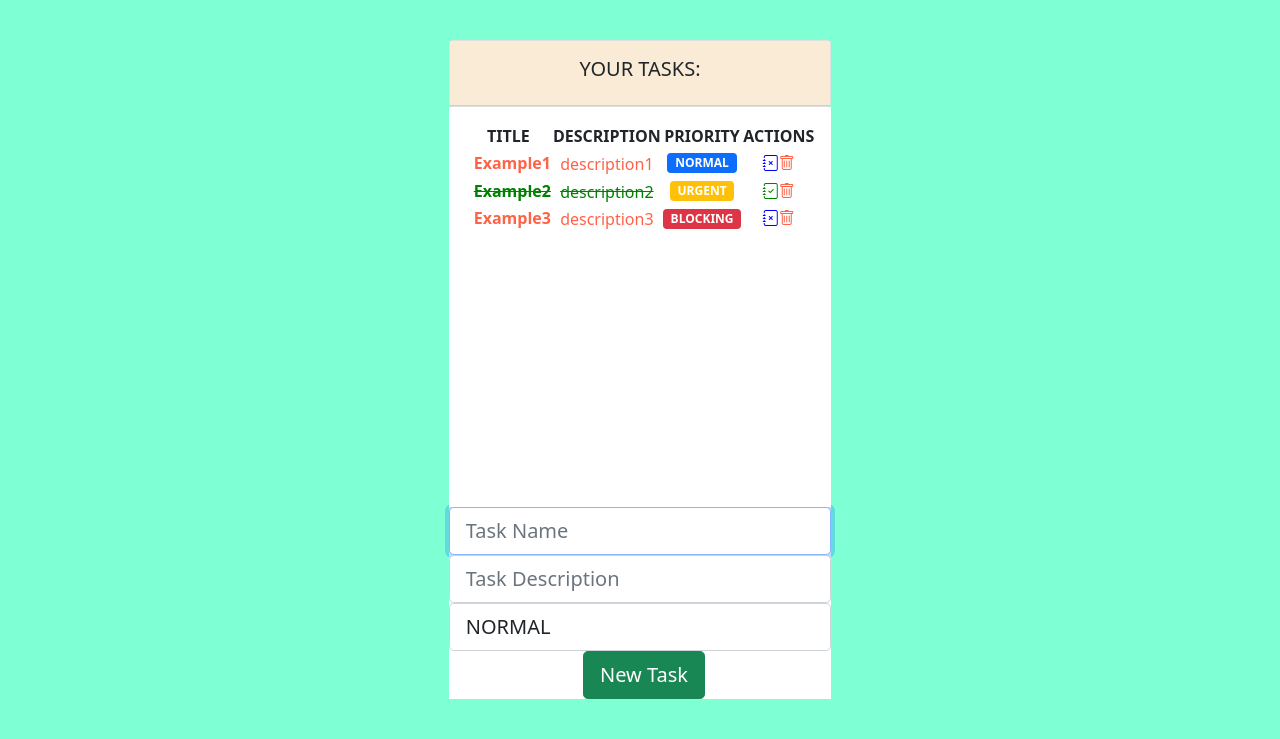
Repository: abgdev1997/proyecto-evo
Page: /
These files come from the project's save history. The page is drawn as it stood at one moment and after a run of saves; the edit follows.
The browser window is 1280 px wide. The pictures show the whole page.
The project was rebuilt for these pictures with package versions that can differ from the ones it lists, and the page was loaded fresh each time.

Above is the page before, as saved 2022-02-16 11:30:16.

After the next 2 saves:
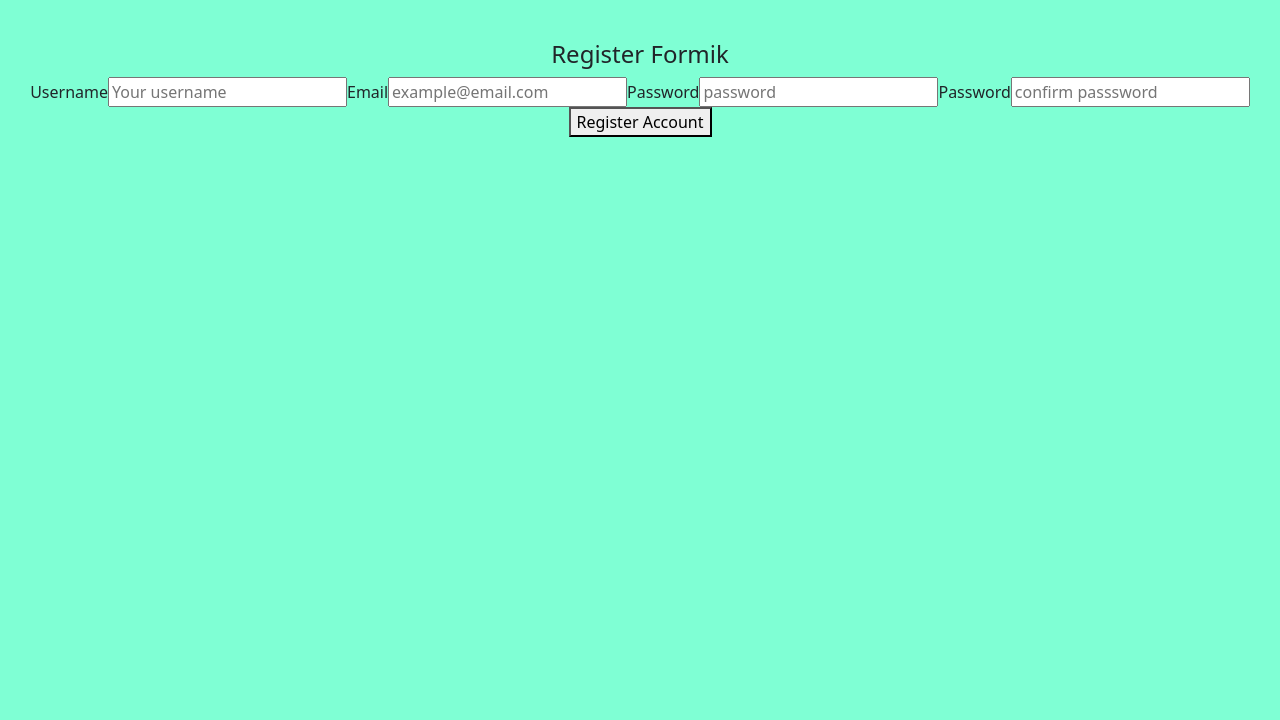
The 2 saves are shown as one change because 1 did not build or start.
The last was saved 75 s later.
--- a/src/App.js
+++ b/src/App.js
@@ -6,7 +6,7 @@
   return (
     <div className="App">
         {/* Componente de listado de tareas */}
-        <TaskList></TaskList>
+        <RegisterForm></RegisterForm>
     </div>
   );
 }
--- a/src/components/pure/forms/registerForm.jsx
+++ b/src/components/pure/forms/registerForm.jsx
@@ -9,22 +9,25 @@
     let user = new User();
 
     const initialValues = {
-        userName: '',
+        username: '',
         email: '',
         password: '',
-        confirm: '',
-        role: ROLES.USER,
+        confirm: '', // to confirm password
+        role: ROLES.USER
     }
 
-    const registerSchema = Yup.object.shape(
+    const registerSchema = Yup.object().shape(
         {
-            userName: Yup.string()
-                .min(6, 'UserName too short')
-                .max(12, 'UserName too long')
-                .required('UserName is required'),
+            username: Yup.string()
+                .min(6, 'Username too short')
+                .max(12, 'Username too long')
+                .required('Username is required'),
             email: Yup.string()
                 .email('Invalid email format')
                 .required('Email is required'),
+            role: Yup.string()
+                .oneOf([ROLES.USER, ROLES.ADMIN], 'You must select a Role: User / Admin')
+                .required('Role is required'),
             password: Yup.string()
                 .min(8, 'Password too short')
                 .required('Password is required'),
@@ -33,50 +36,52 @@
                     is: value => (value && value.length > 0 ? true : false),
                     then: Yup.string().oneOf(
                         [Yup.ref("password")],
-                        '¡Password must match!'
+                        '¡Passwords must match!'
                     )
-                }).required('You must confirm the password'),
-            role: Yup.string()
-                .oneOf([ROLES.USER, ROLES.ADMIN], 'You must select a Role: User / Admin')
+                }).required('You must confirm the password')
         }
     )
 
     const submit = (values) => {
-        alert('Register User');
+        alert('Register user')
     }
 
     return (
         <div>
-            <h4>Register Form</h4>
+            <h4>Register Formik</h4>
             <Formik
-                initialValues={initialValues}
-                validationSchema={registerSchema}
+                initialValues = {initialValues}
+                // *** Yup Validation Schema ***
+                validationSchema = {registerSchema}
+                // ** onSubmit Event
                 onSubmit={async (values) => {
                     await new Promise((r) => setTimeout(r, 1000));
-                    alert(JSON.stringify(values, null, 2));
+                    alert(JSON.stringify(values, null, 2))
                 }}
             >
 
-                    {({ values,
+            {({ values,
                     touched,
                     errors,
                     isSubmitting,
                     handleChange,
                     handleBlur }) => (
                         <Form>
-                            <label htmlFor="userName">UserName</label>
-                            <Field id="userName" type="text" name="userName" placeholder="Insert your new UserName" />
+                            <label htmlFor="username">Username</label>
+                            <Field id="username" type="text" name="username" placeholder="Your username" />
 
+                            {/* Username Errors */}
                             {
-                                errors.userName && touched.userName &&
+                                errors.username && touched.username &&
                                 (
-                                    <ErrorMessage name="userName" component='div'></ErrorMessage>
+                                    <ErrorMessage name="username" component='div'></ErrorMessage>
                                 )
                             }
 
                             <label htmlFor="email">Email</label>
-                            <Field id="email" type="email" name="email" placeholder="Insert your Email" />
+                            <Field id="email" type="email" name="email" placeholder="example@email.com" />
 
+                            {/* Email Errors */}
                             {
                                 errors.email && touched.email &&
                                 (
@@ -88,9 +93,10 @@
                             <Field
                                 id="password"
                                 name="password"
-                                placeholder="Password"
+                                placeholder="password"
                                 type='password'
                             />
+                            {/* Password Errors */}
                             {
                                 errors.password && touched.password &&
                                 (
@@ -98,13 +104,14 @@
                                 )
                             }
 
-                            <label htmlFor="confirm">Confirm Password</label>
+                            <label htmlFor="confirm">Password</label>
                             <Field
                                 id="confirm"
                                 name="confirm"
-                                placeholder="Confirm password"
+                                placeholder="confirm passsword"
                                 type='password'
                             />
+                            {/* Confirm Password Errors */}
                             {
                                 errors.confirm && touched.confirm &&
                                 (
@@ -112,10 +119,13 @@
                                 )
                             }
 
-                            <button type="submit">Register</button>
-                            {isSubmitting ? (<p>Register your credentials...</p>): null}
+                            <button type="submit">Register Account</button>
+                            {isSubmitting ? (<p>Sending your credentials...</p>): null}
+
                         </Form>
-                    )}
+                    )
+            }
+
             </Formik>
         </div>
     );
